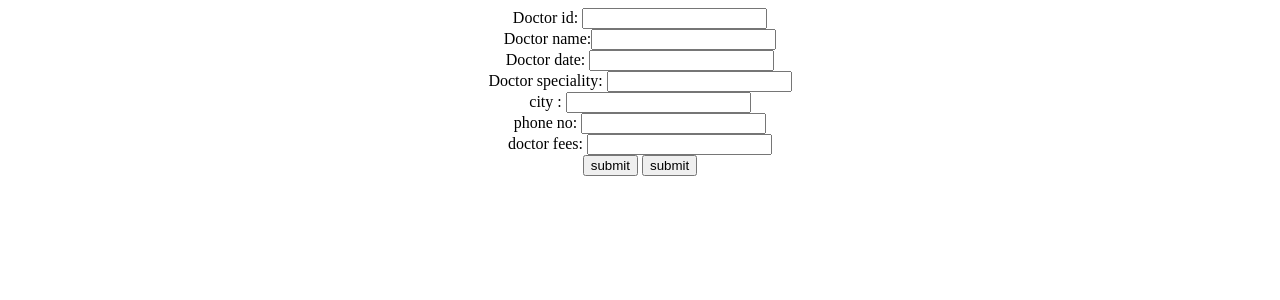
Repository: poobalan5397/corejava
Page: firstWebsite/src/main/webapp/adddoctor.html
An editor plug-in stored every save of this project. The page is shown before and after the next save, followed by the edit.
The browser window is 1280 px wide. The pictures show the whole page.

Above is the page before, as saved 2022-05-23 08:22:40.

After the next save:
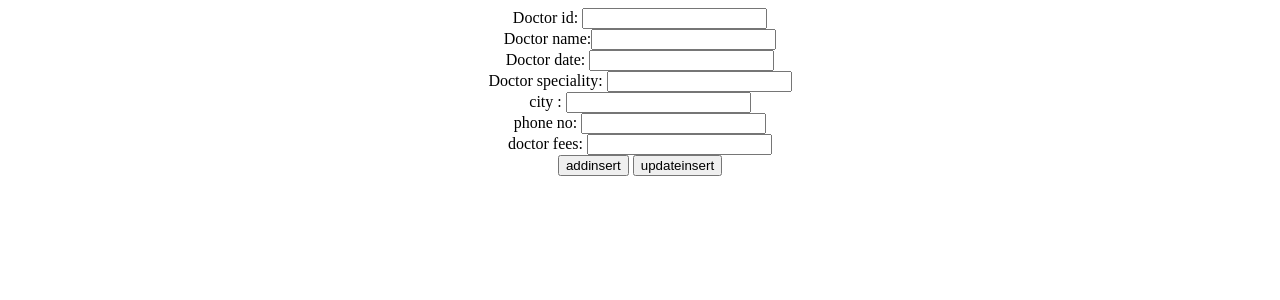
Saved 8 min 10 s later.
--- a/firstWebsite/src/main/webapp/adddoctor.html
+++ b/firstWebsite/src/main/webapp/adddoctor.html
@@ -28,8 +28,8 @@ phone no: <input type='text' name='phno'>
 doctor fees: <input type='text' name='fees'>
 <div>
 </div>
-<input type='submit' value='submit' name='addinsert'>
-<input type='submit' value='submit' name='updateinsert'>
+<input type='submit' value='addinsert'name='submit' >
+<input type='submit' value='updateinsert'name='submit'>
 </center>
 </form>
 </body>
